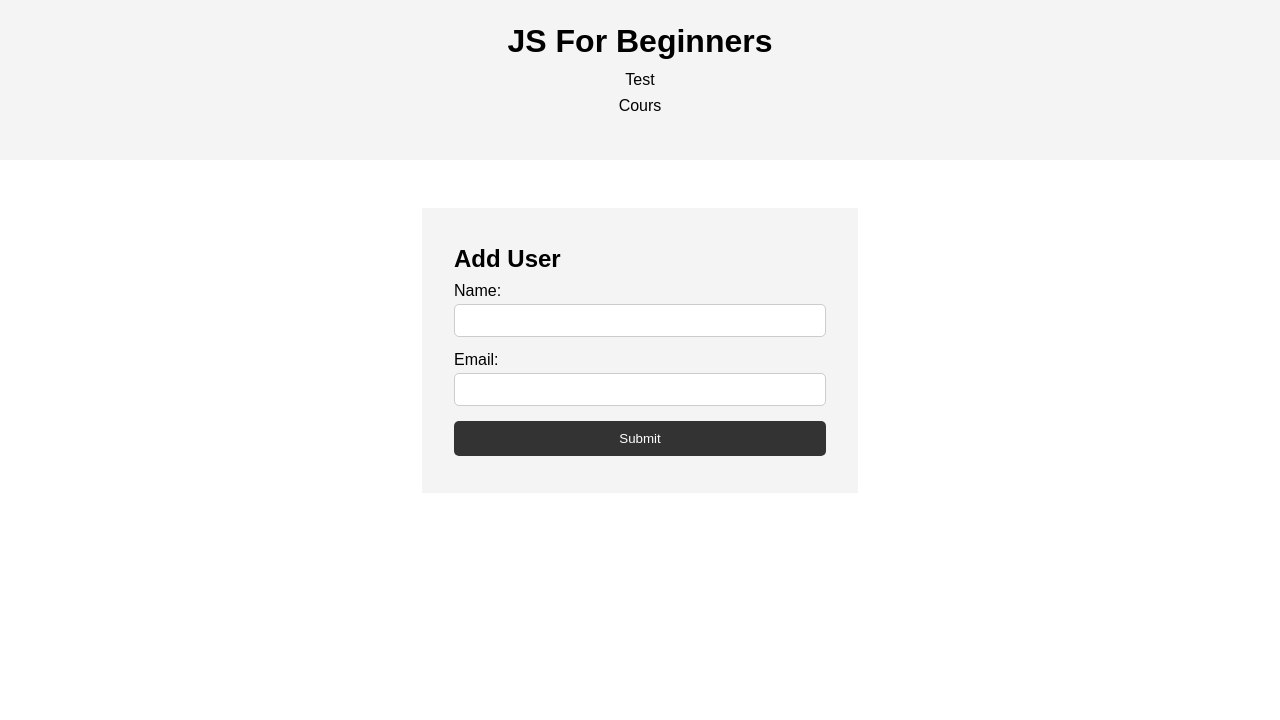
Repository: balkisys/FormationFullStackJS
Page: index.html
The author's editor kept a copy of each file at every save. The page is drawn from the files as they stood at one save, then again after the next save.
The browser window is 1280 px wide. The pictures show the whole page.

Above is the page before, as saved 2021-03-13 09:58:11.

### index.html
<!DOCTYPE html>
<html lang="en">
  <head>
    <meta charset="UTF-8" />
    <meta name="viewport" content="width=device-width, initial-scale=1.0" />
    <meta http-equiv="X-UA-Compatible" content="ie=edge" />
    <title>JS For Beginners</title>
    <link rel="stylesheet" href="style.css">
  </head>
  <body>
    <header>
      <h1>JS For Beginners</h1>
      <p> Test </p> <p> Cours </p>
      <br>
    </header>

    <section class="container">
      <form id="my-form">
        <h1>Add User</h1>
        <div class="msg"></div>
        <div>
          <label for="name">Name:</label>
          <input type="text" id="name">
        </div>
        <div>
          <label for="email">Email:</label>
          <input type="text" id="email">
        </div>
        <input class="btn" type="submit" value="Submit">
      </form>

      <ul id="users"></ul>

      <!-- <ul class="items">
        <li class="item">Item 1</li>
        <li class="item">Item 2</li>
        <li class="item">Item 3</li>
      </ul> -->
    </section>


    <script src="test.js">

// the page automaticlly reload alert('Hello word');

    </script>
  </body>
</html>

### style.css
* {
    margin: 0;
    padding: 0;
    box-sizing: border-box;
}

body {
    font-family: Arial, Helvetica, sans-serif;
    line-height: 1.6;
}

ul {
    list-style: none;
}

ul li {
    padding: 5px;
    background: #f4f4f4;
    margin: 5px 0;
}

header {
    background: #f4f4f4;
    padding: 1rem;
    text-align: center;
}

.container {
    margin: auto;
    width: 500px;
    overflow: auto;
    padding: 3rem 2rem;
}

#my-form {
    padding: 2rem;
    background: #f4f4f4;
}

#my-form label {
    display: block;
}

#my-form input[type='text'] {
    width: 100%;
    padding: 8px;
    margin-bottom: 10px;
    border-radius: 5px;
    border: 1px solid #ccc;
}

.btn {
    display: block;
    width: 100%;
    padding: 10px 15px;
    border: 0;
    background: #333;
    color: #fff;
    border-radius: 5px;
    margin: 5px 0;
}

.btn:hover {
    background: #444;
}

.bg-dark {
    background: #333;
    color: #fff;
}

.error {
    background: orangered;
    color: #fff;
    padding: 5px;
    margin: 5px;
}

Loaded but not shown: test.js (no stored copy; drawn as an empty file)

After the next save:
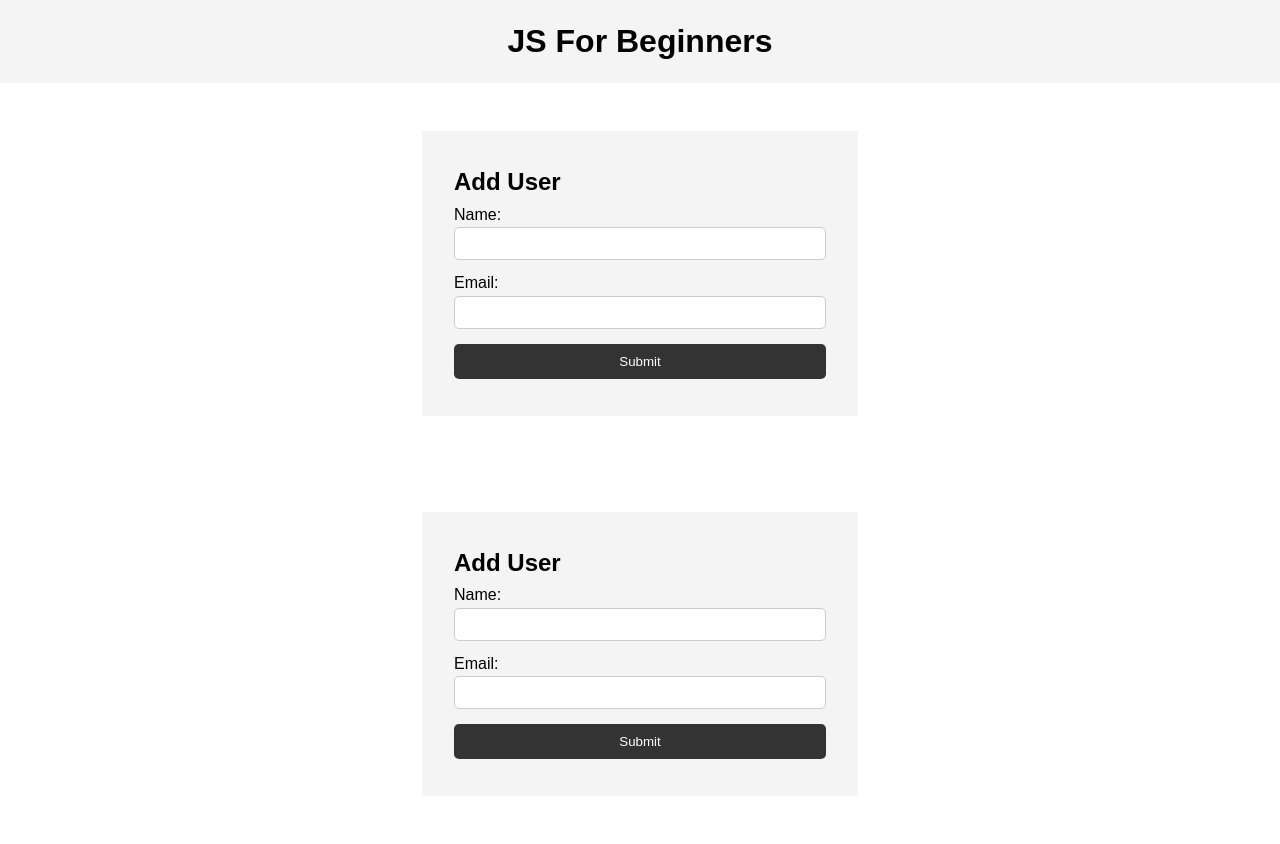
Saved 68 s later.
--- a/index.html
+++ b/index.html
@@ -10,10 +10,31 @@
   <body>
     <header>
       <h1>JS For Beginners</h1>
-      <p> Test </p> <p> Cours </p>
-      <br>
     </header>
 
+    <section class="container">
+      <form id="my-form">
+        <h1>Add User</h1>
+        <div class="msg"></div>
+        <div>
+          <label for="name">Name:</label>
+          <input type="text" id="name">
+        </div>
+        <div>
+          <label for="email">Email:</label>
+          <input type="text" id="email">
+        </div>
+        <input class="btn" type="submit" value="Submit">
+      </form>
+
+      <ul id="users"></ul>
+
+      <!-- <ul class="items">
+        <li class="item">Item 1</li>
+        <li class="item">Item 2</li>
+        <li class="item">Item 3</li>
+      </ul> -->
+    </section>
     <section class="container">
       <form id="my-form">
         <h1>Add User</h1>
